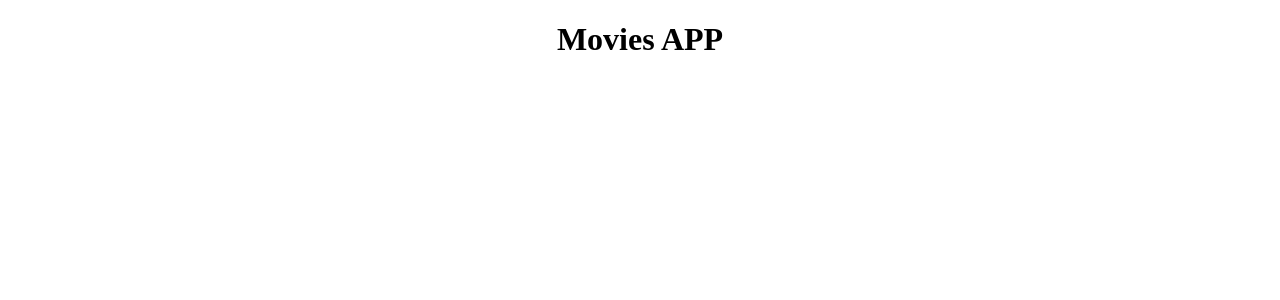
Repository: MahmoudSaad1307/DEPI-MoviesApp
Page: /movie-details/movie/244786
These files come from the project's save history. The page is drawn as it stood at one moment and after the next save; the edit follows.
The browser window is 1280 px wide. The pictures show the whole page.
The project was rebuilt for these pictures with package versions that can differ from the ones it lists, and the page was loaded fresh each time. Also part of the build but not shown: vite.config.js, vite.config.ts, src/index.css.

Above is the page before, as saved 2025-04-10 20:01:14.

### index.html
<!doctype html>
<html lang="en">
  <head>
    <meta charset="UTF-8" />
    <link rel="icon" type="image/svg+xml" href="/vite.svg" />
    <meta name="viewport" content="width=device-width, initial-scale=1.0" />
    <title>Vite + React + TS</title>
  </head>
  <body>
    <div id="root"></div>
    <script type="module" src="/src/main.tsx"></script>
    <!-- <script type="module" src="/src/firebase.js"></script> -->
  </body>
</html>

### src/main.tsx
/* eslint-disable @typescript-eslint/no-unused-vars */
import { StrictMode,useEffect } from 'react'
import { createRoot } from 'react-dom/client'
import { getFirestore, collection, getDocs } from "firebase/firestore";
import app from './firebase/firebase';

import './index.css'
import App from './App'
import { registerUser } from './firebase/firebaseServices';

createRoot(document.getElementById('root')!).render(
  <StrictMode>
    <App />

  </StrictMode>,
)

### src/App.tsx
/* eslint-disable @typescript-eslint/no-unused-vars */
import { useState } from 'react'


function App() {

  return (
    <>
      <h1 style={{textAlign:"center"}}>
        Movies APP


      </h1>
    </>
  )
}

export default App

After the next save:
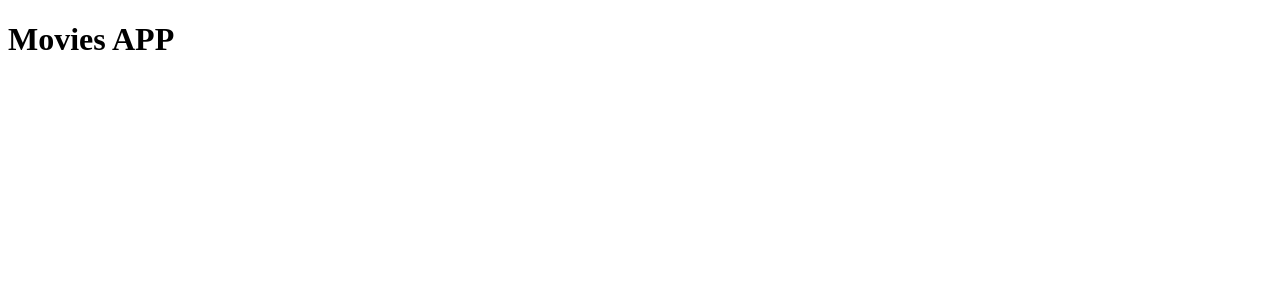
Saved 12 s later.
--- a/src/App.tsx
+++ b/src/App.tsx
@@ -6,7 +6,7 @@
 
   return (
     <>
-      <h1 style={{textAlign:"center"}}>
+      <h1 >
         Movies APP
 
 
